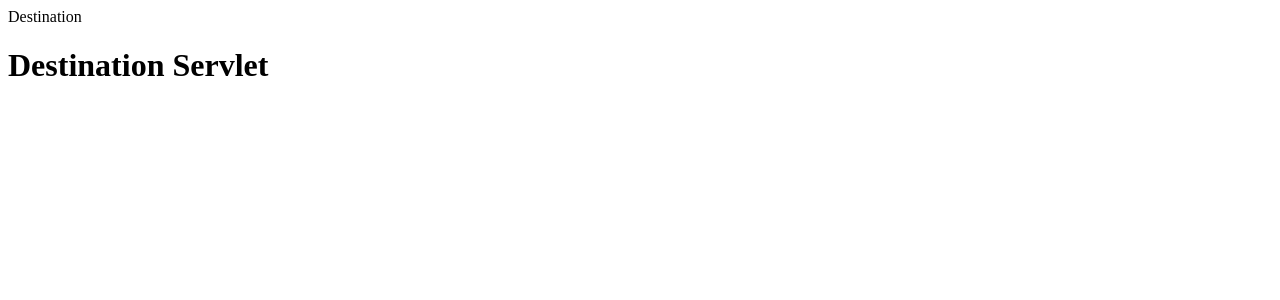
Repository: sgnq008-tech/JSP
Page: http://localhost/WebProject/Destination
These files come from the project's save history. The page is drawn as it stood at one moment and after the next save; the edit follows.
The browser window is 1280 px wide. The pictures show the whole page.
The page is served by Tomcat 9. Other server files are loaded and not shown.

Above is the page before, as saved 2026-09-10 01:30:19.

### jsp_workspace/WebProject/src/main/java/com/sample/Destination.java
package com.sample;

import java.io.IOException;
import java.io.PrintWriter;

import javax.servlet.ServletException;
import javax.servlet.annotation.WebServlet;
import javax.servlet.http.HttpServlet;
import javax.servlet.http.HttpServletRequest;
import javax.servlet.http.HttpServletResponse;

//@WebServlet("/Destination")
public class Destination extends HttpServlet {
	private static final long serialVersionUID = 1L;

	protected void doGet(HttpServletRequest request, HttpServletResponse response) throws ServletException, IOException {
		processRequest(request, response);
	}

	protected void doPost(HttpServletRequest request, HttpServletResponse response) throws ServletException, IOException {

		processRequest(request, response);
	}

	protected void processRequest(HttpServletRequest request, HttpServletResponse response) throws ServletException, IOException {

		response.setContentType("text/html;charset=utf-8");
		PrintWriter out = response.getWriter();
		try {
		out.println("<html>");
		out.println("<head>");
		out.println("<titel>Destination</title>");
		out.println("</head>");
		out.println("<body>");
		out.println("<h1>Destination Servlet</h1>");
		out.println("</body>");
		out.println("</html>");
		}finally{
		out.close();
		}; //예외처리를 위해 try문과 끝내기위해 finally

}

}

After the next save:
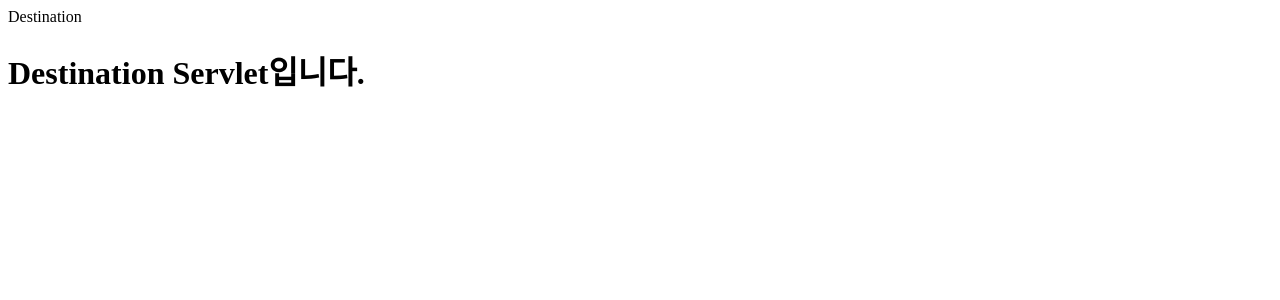
Saved 43 s later.
--- a/jsp_workspace/WebProject/src/main/java/com/sample/Destination.java
+++ b/jsp_workspace/WebProject/src/main/java/com/sample/Destination.java
@@ -32,7 +32,7 @@ public class Destination extends HttpServlet {
 		out.println("<titel>Destination</title>");
 		out.println("</head>");
 		out.println("<body>");
-		out.println("<h1>Destination Servlet</h1>");
+		out.println("<h1>Destination Servlet입니다.</h1>");
 		out.println("</body>");
 		out.println("</html>");
 		}finally{
